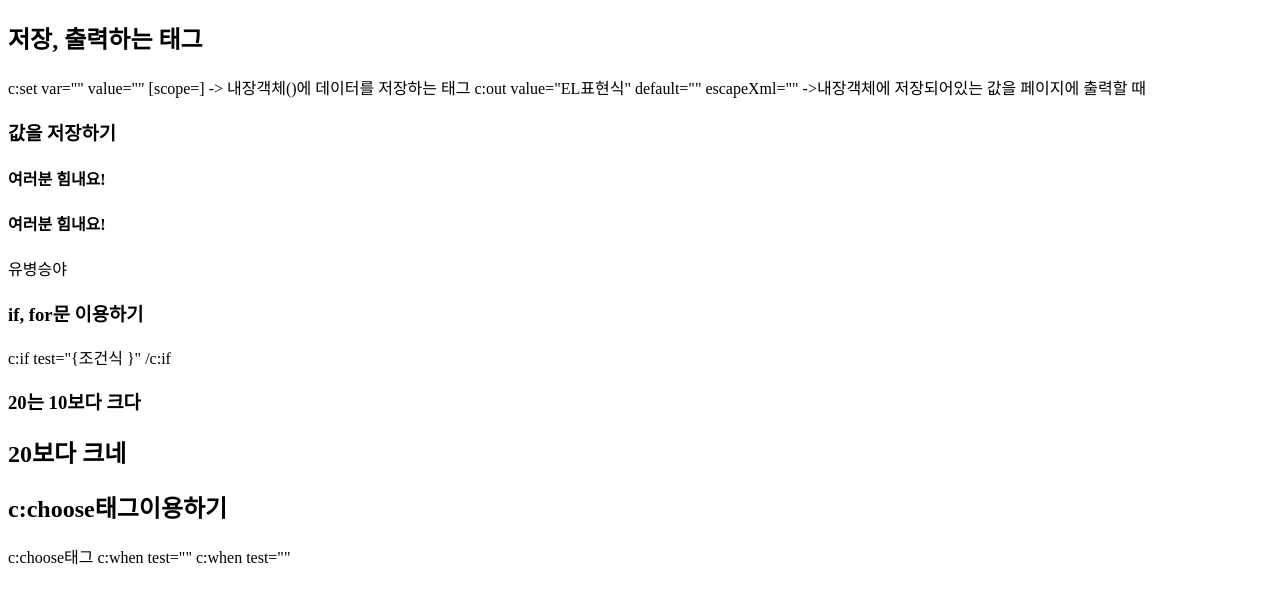
Repository: simjiho/week
Page: http://localhost/el_jstl/views/jstl/02_controltag.jsp
These files come from the project's save history. The page is drawn as it stood at one moment and after the next save; the edit follows.
The browser window is 1280 px wide. The pictures show the whole page.
The page is served by Tomcat 9. Other server files are loaded and not shown.

Above is the page before, as saved 2024-04-20 06:31:56.

### workspace/el_jstl/src/main/webapp/views/jstl/02_controltag.jsp
<%@ page language="java" contentType="text/html; charset=UTF-8"
    pageEncoding="UTF-8"%>
<%@ taglib prefix="c" uri="http://java.sun.com/jsp/jstl/core" %>
<!DOCTYPE html>
<html>
<head>
<meta charset="UTF-8">
<title>코어태그 사용하기</title>
</head>
<body>
	<h2>저장, 출력하는 태그</h2>
	<p>
		c:set var="" value="" [scope=] -> 내장객체()에 데이터를 저장하는 태그
		c:out value="EL표현식" default="" escapeXml="" ->내장객체에 저장되어있는 값을 페이지에 출력할 때 <br>
	</p>
	<h3>값을 저장하기</h3>
	<c:set var="comment" value="여러분 힘내요!"/>
	<h4><c:out value="${comment}"/></h4>
	<h4>${comment}</h4>
	<c:set var="test" value="<script>alert('짠!');</script>"/>
	<p><c:out value="${test }" escapeXml="false"/></p>
	<c:set var="bs" value="유병승"/>
	<p><c:out value="${bs }" default="bs없어!"/>야</p>


	<h3>if, for문 이용하기</h3>
	<p>
		c:if test="{조건식 }" /c:if
	</p>

	<c:set var="su" value="20"/>
	<%-- <%if(pageContext.getAttribute("su")>10) { %>

	<% } %> --%>

	<c:if test="${su>10 }">
		<h3><c:out value="${su }"/>는 10보다 크다</h3>
	</c:if>
	<c:if test="${su<10 }">
		<h3><c:out value="${su }"/>는 10보다 크다</h3>
	</c:if>
	<c:if test="${su>5 }">
		<c:if test="${su>10 }">
			<h2>20보다 크네</h2>
		</c:if>
	</c:if>

	<h2>c:choose태그이용하기</h2>
	<p>
		c:choose태그
			c:when test=""
			c:when test=""
	</p>


</body>
</html>

After the next save:
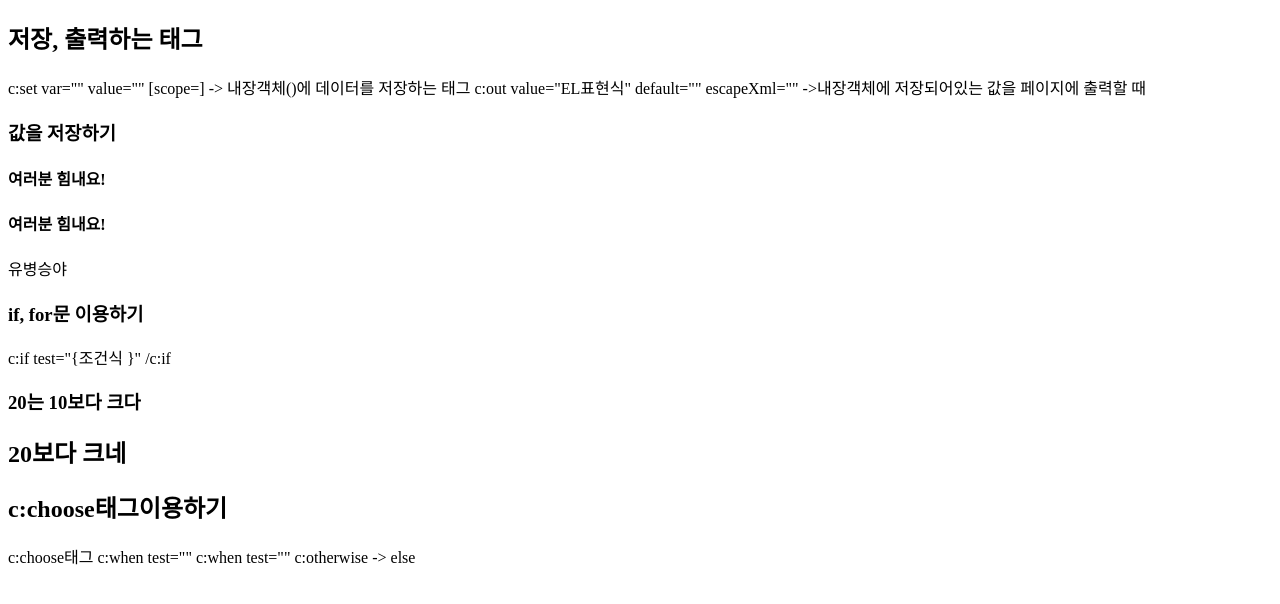
Saved 26 s later.
--- a/workspace/el_jstl/src/main/webapp/views/jstl/02_controltag.jsp
+++ b/workspace/el_jstl/src/main/webapp/views/jstl/02_controltag.jsp
@@ -50,6 +50,7 @@
 		c:choose태그
 			c:when test=""
 			c:when test=""
+			c:otherwise -> else
 	</p>
 
 
